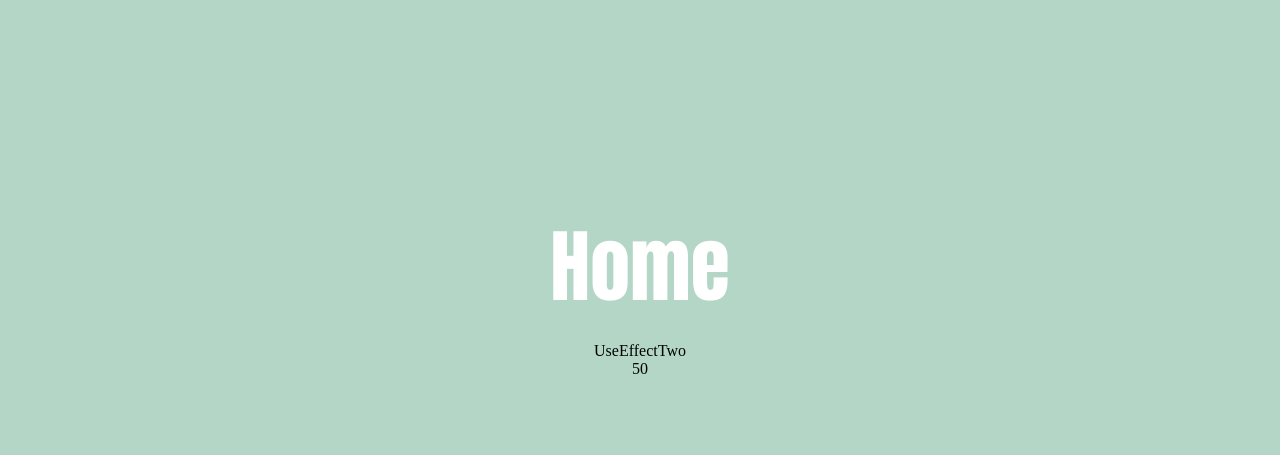
Repository: jennydmcm/useeffect-carousel
Page: /useEffectTwo
These files come from the project's save history. The page is drawn as it stood at one moment and after the next save; the edit follows.
The browser window is 1280 px wide. The pictures show the whole page.
The project was rebuilt for these pictures with package versions that can differ from the ones it lists, and the page was loaded fresh each time. The framework's server and built-in components were replaced by stand-ins that run in the browser. Also part of the build but not shown: next.config.js.

Above is the page before, as saved 2023-02-23 19:08:44.

After the next save:
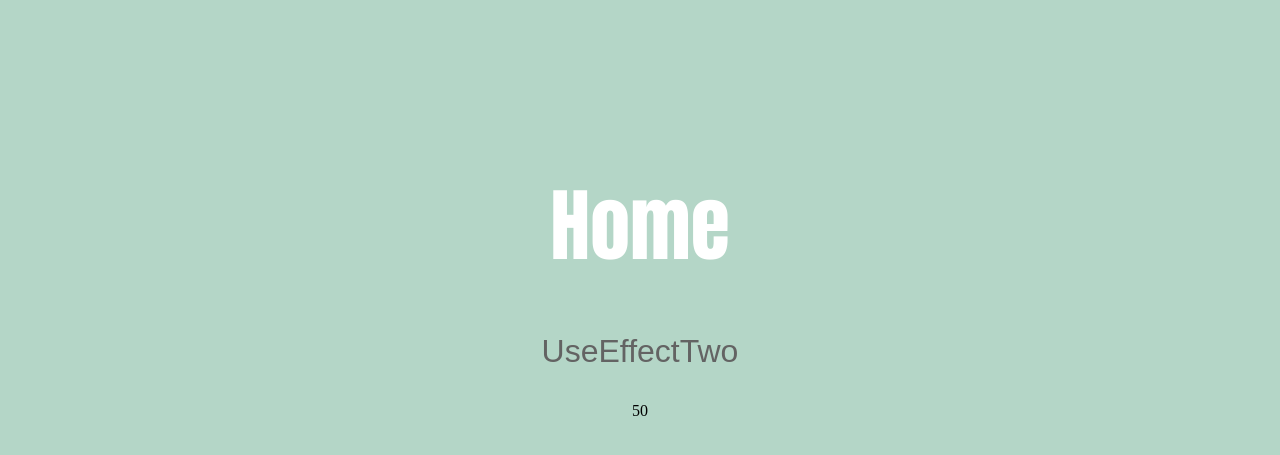
Saved 14 s later.
--- a/pages/useEffectTwo.js
+++ b/pages/useEffectTwo.js
@@ -14,7 +14,7 @@ export default function UseEffectTwo() {
         <>
             <main className={styles.main}>
                 <Link className={styles.homelink} href="/">Home</Link>
-                <div>
+                <div className={styles.title} >
                     UseEffectTwo
                 </div>
                 <div>
